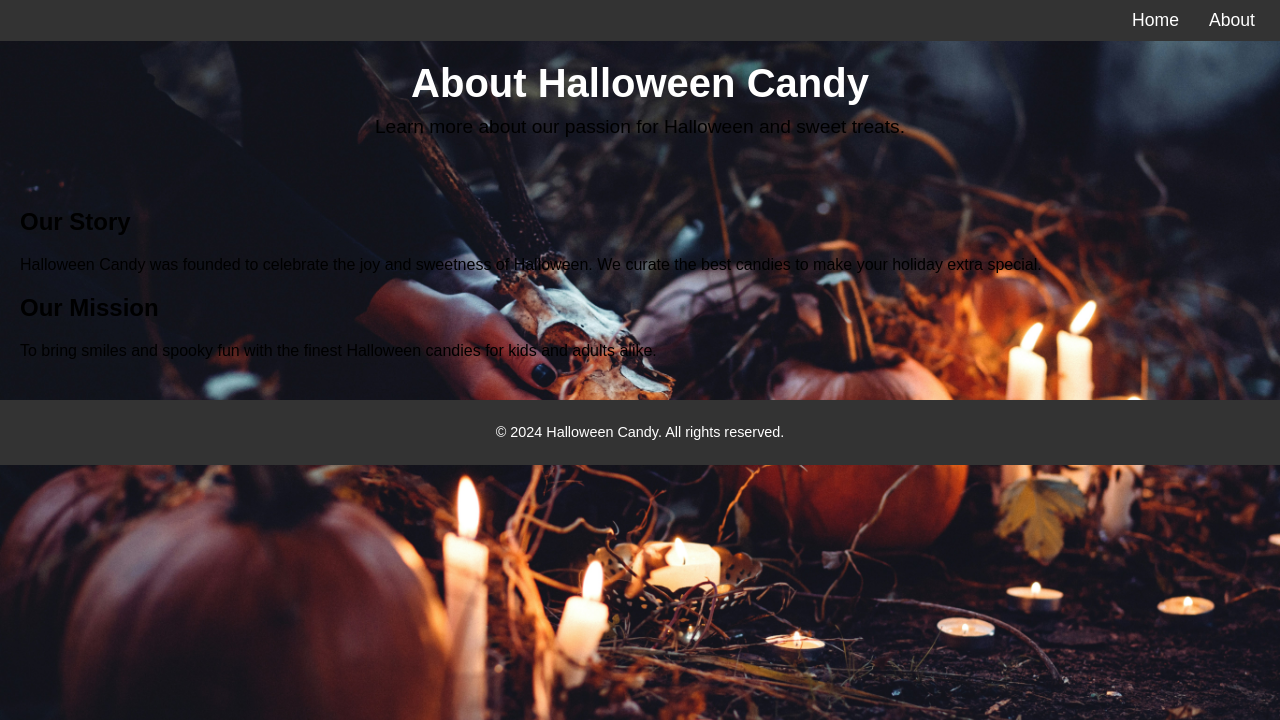
Repository: monicaifijeh/test2
Page: kyportfolio/src/aboutHallo.html
The author's editor kept a copy of each file at every save. The page is drawn from the files as they stood at one save, then again after the next save.
The browser window is 1280 px wide. The pictures show the whole page.

Above is the page before, as saved 2024-12-20 02:00:44.

After the next save:
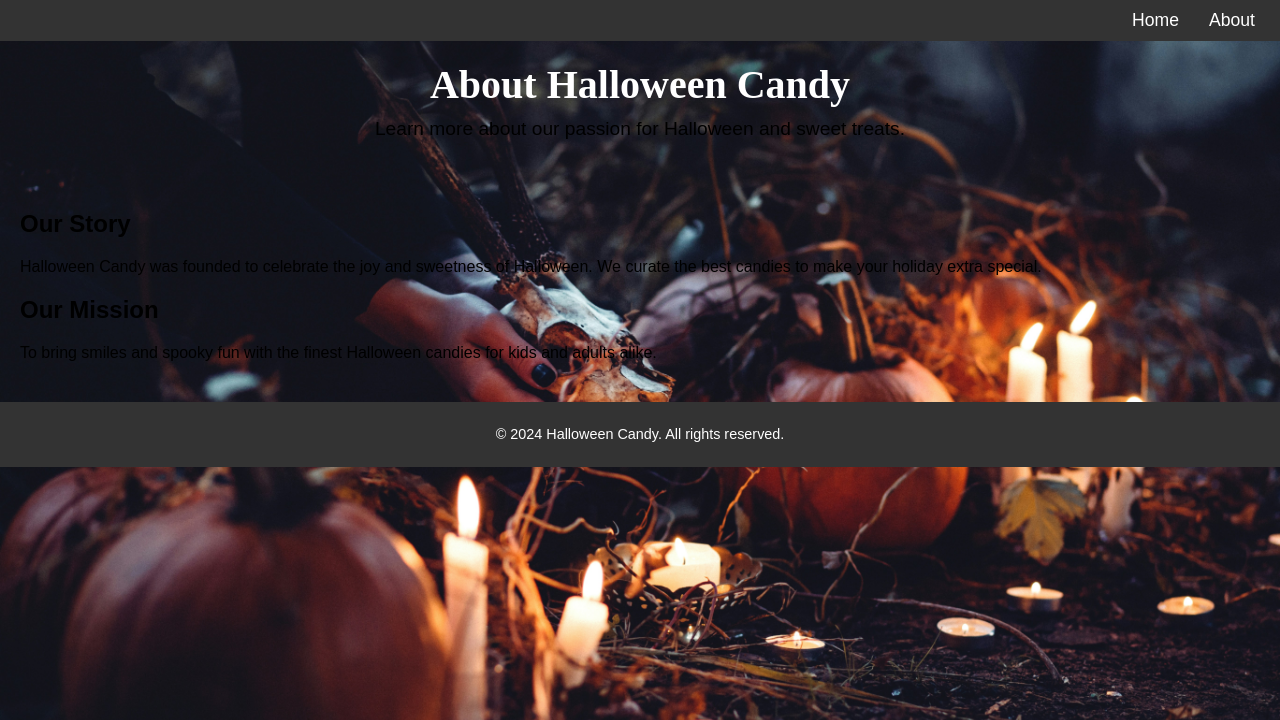
Saved 7 s later.
--- a/kyportfolio/src/kystyle.css
+++ b/kyportfolio/src/kystyle.css
@@ -17,7 +17,7 @@ header h1 {
     margin: 0;
     font-size: 2.5rem;
    color: #fff;
-   font-family: ;
+   font-family: fantasy;
 }
 
 header p {
